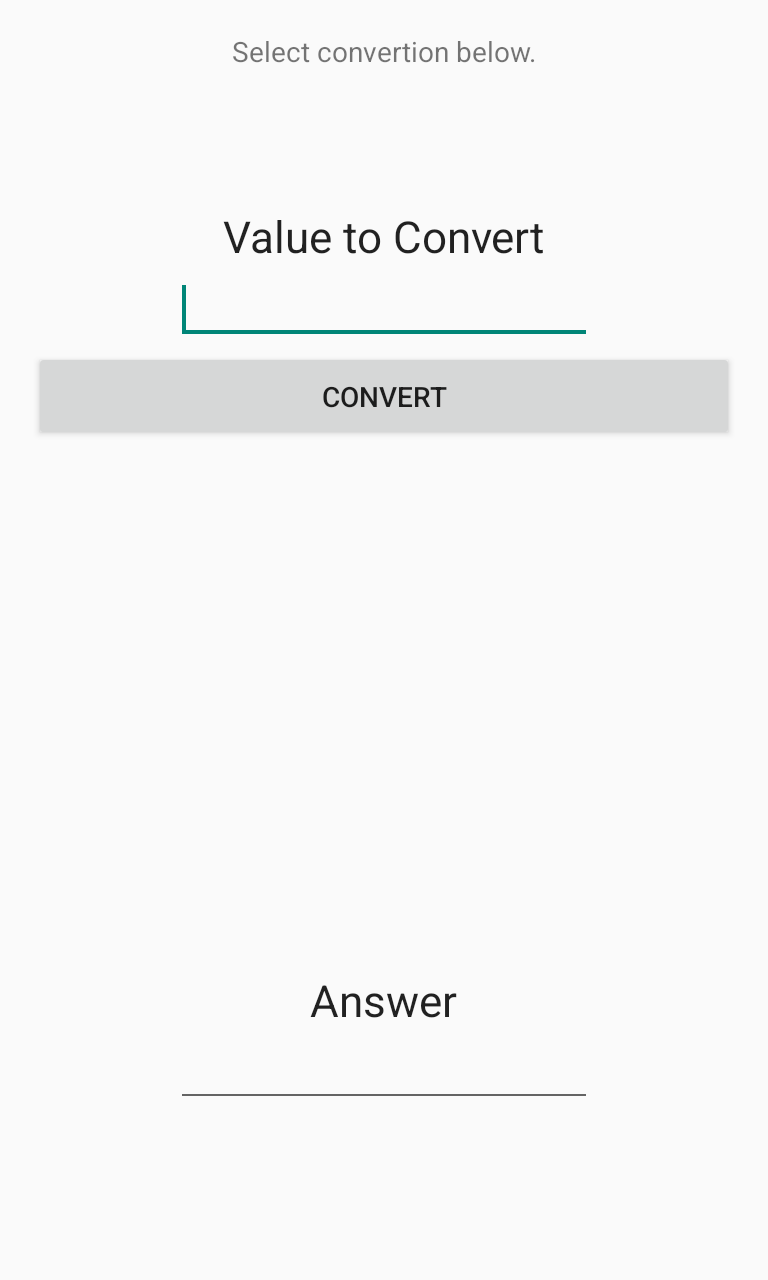
Repository: awayzo/6300Fall14Assignment4
Layout: UnitConvertor/res/layout/activity_dis.xml
The author's editor kept a copy of each file at every save. The layout is drawn from the files as they stood at one save, then again after the next save.
It is drawn on a 768 x 1280 px phone screen (xhdpi) without system bars, with theme AppTheme; the app's code is not run.

Above is the layout before, as saved 2014-09-27 07:46:32.

### UnitConvertor/res/layout/activity_dis.xml
<RelativeLayout xmlns:android="http://schemas.android.com/apk/res/android"
    xmlns:tools="http://schemas.android.com/tools"
    android:layout_width="match_parent"
    android:layout_height="match_parent"
    android:paddingBottom="@dimen/activity_vertical_margin"
    android:paddingLeft="@dimen/activity_horizontal_margin"
    android:paddingRight="@dimen/activity_horizontal_margin"
    android:paddingTop="@dimen/activity_vertical_margin"
    tools:context="edu.gatech.seclass.unitconvertor.DisActivity" >

    <EditText
        android:id="@+id/txtAnswer"
        android:layout_width="wrap_content"
        android:layout_height="wrap_content"
        android:layout_alignParentBottom="true"
        android:layout_centerHorizontal="true"
        android:layout_marginBottom="68dp"
        android:ems="10"
        android:inputType="numberDecimal" />

    <TextView
        android:id="@+id/lblAnswer"
        android:layout_width="wrap_content"
        android:layout_height="wrap_content"
        android:layout_above="@+id/txtAnswer"
        android:layout_centerHorizontal="true"
        android:text="Answer"
        android:textAppearance="?android:attr/textAppearanceLarge" />

    <TextView
        android:id="@+id/lblTitle_Distance"
        android:layout_width="wrap_content"
        android:layout_height="wrap_content"
        android:layout_alignParentTop="true"
        android:layout_centerHorizontal="true"
        android:text="Select convertion below." />

    <EditText
        android:id="@+id/txtValue"
        android:layout_width="wrap_content"
        android:layout_height="wrap_content"
        android:layout_below="@+id/lblValue"
        android:layout_centerHorizontal="true"
        android:ems="10"
        android:inputType="numberDecimal" >

        <requestFocus />
    </EditText>

    <Button
        android:id="@+id/btnConvert"
        android:layout_width="match_parent"
        android:layout_height="wrap_content"
        android:layout_below="@+id/txtValue"
        android:layout_centerHorizontal="true"
        android:text="Convert" />

    <TextView
        android:id="@+id/lblValue"
        android:layout_width="wrap_content"
        android:layout_height="wrap_content"
        android:layout_below="@+id/lblTitle_Distance"
        android:layout_centerHorizontal="true"
        android:layout_marginTop="68dp"
        android:text="Value to Convert"
        android:textAppearance="?android:attr/textAppearanceLarge" />

</RelativeLayout>

Loaded but not shown: UnitConvertor/res/values/styles.xml (common file); UnitConvertor/res/values-v11/styles.xml (common file); UnitConvertor/res/values-v14/styles.xml (common file); UnitConvertor/res/values/dimens.xml (common file); UnitConvertor/res/values-w820dp/dimens.xml (common file)

After the next save:
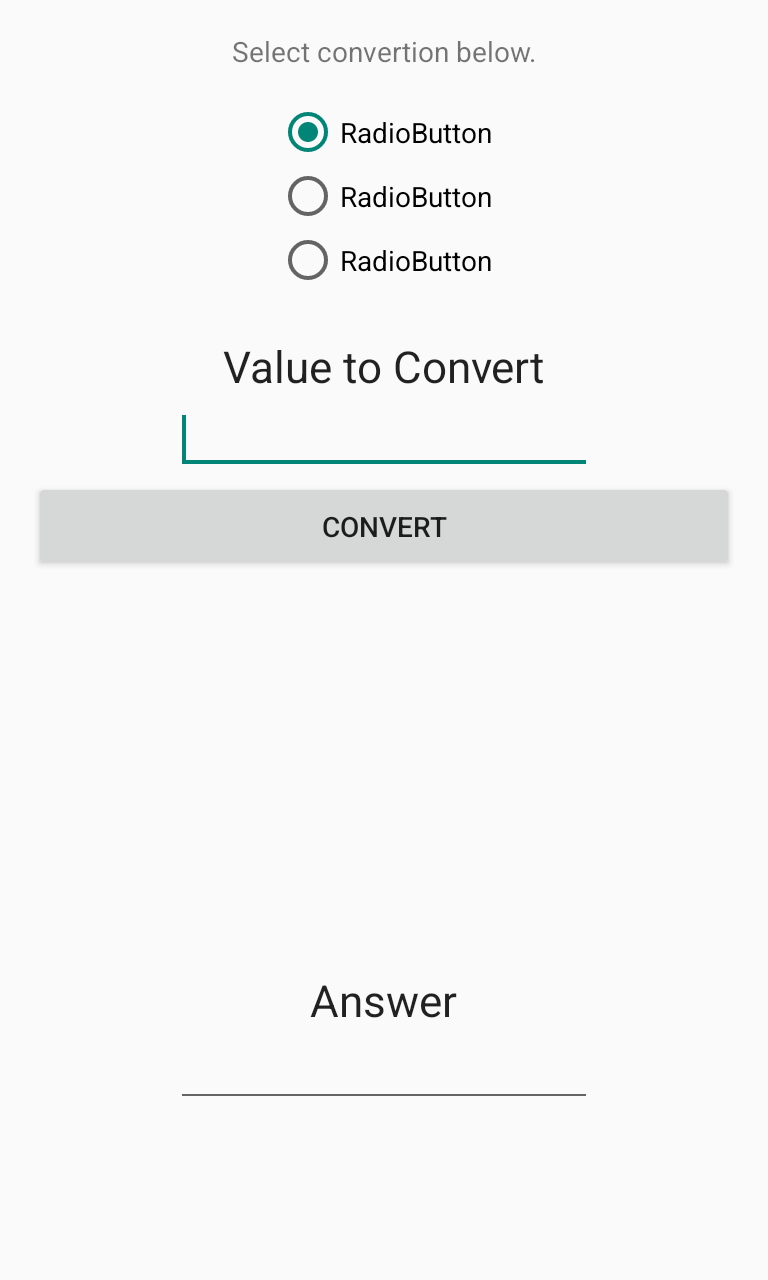
Saved 16 s later.
--- a/UnitConvertor/res/layout/activity_dis.xml
+++ b/UnitConvertor/res/layout/activity_dis.xml
@@ -55,13 +55,41 @@
         android:layout_centerHorizontal="true"
         android:text="Convert" />
 
+    <RadioGroup
+        android:id="@+id/radioGroup1"
+        android:layout_width="wrap_content"
+        android:layout_height="wrap_content"
+        android:layout_below="@+id/lblTitle_Distance"
+        android:layout_centerHorizontal="true"
+        android:layout_marginTop="15dp" >
+
+        <RadioButton
+            android:id="@+id/radio0"
+            android:layout_width="wrap_content"
+            android:layout_height="wrap_content"
+            android:checked="true"
+            android:text="RadioButton" />
+
+        <RadioButton
+            android:id="@+id/radio1"
+            android:layout_width="wrap_content"
+            android:layout_height="wrap_content"
+            android:text="RadioButton" />
+
+        <RadioButton
+            android:id="@+id/radio2"
+            android:layout_width="wrap_content"
+            android:layout_height="wrap_content"
+            android:text="RadioButton" />
+    </RadioGroup>
+
     <TextView
         android:id="@+id/lblValue"
         android:layout_width="wrap_content"
         android:layout_height="wrap_content"
-        android:layout_below="@+id/lblTitle_Distance"
+        android:layout_below="@+id/radioGroup1"
         android:layout_centerHorizontal="true"
-        android:layout_marginTop="68dp"
+        android:layout_marginTop="22dp"
         android:text="Value to Convert"
         android:textAppearance="?android:attr/textAppearanceLarge" />
 
